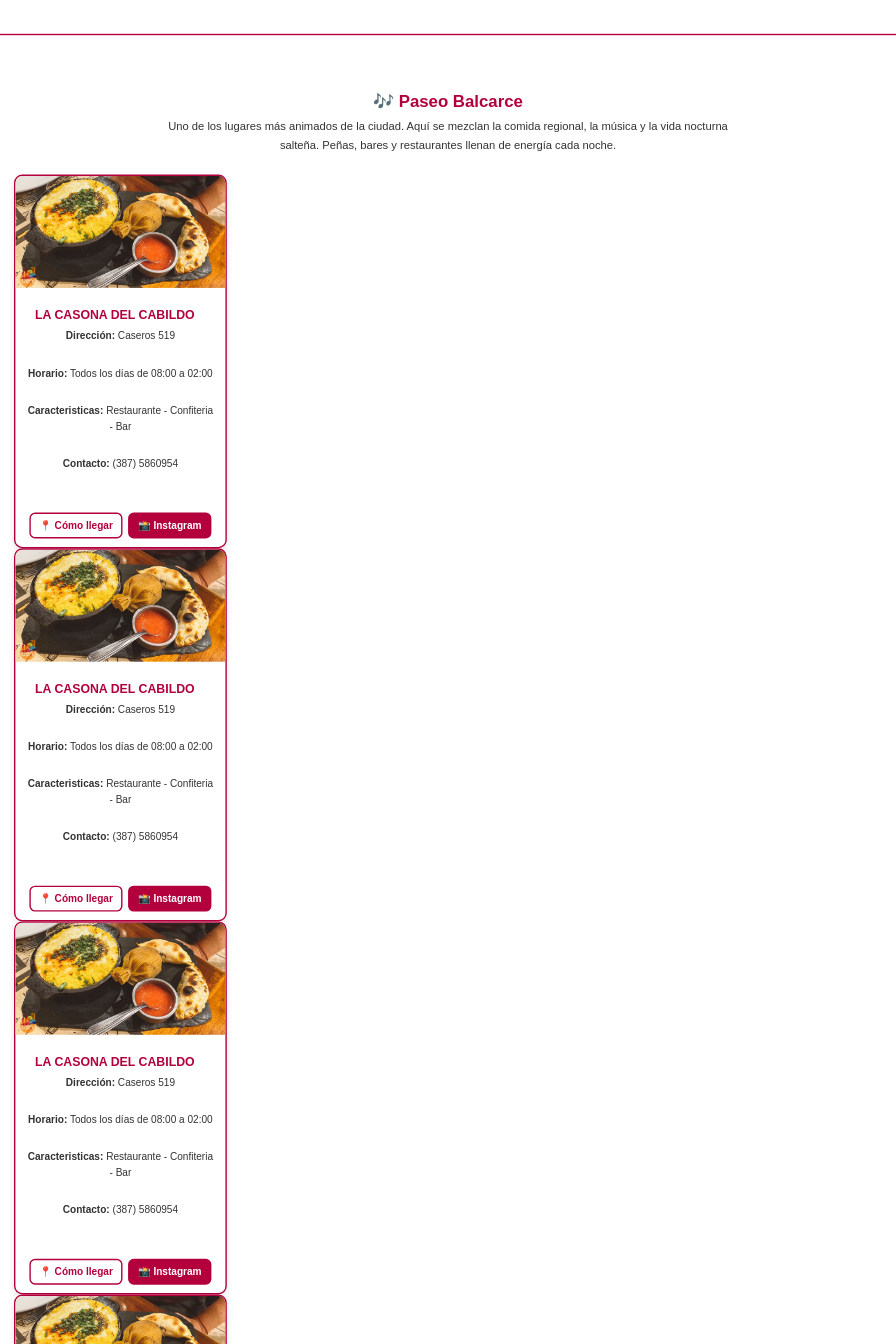
Repository: nahir95/come-en-salta
Page: restaurantes.html
These files come from the project's save history. The page is drawn as it stood at one moment and after the next save; the edit follows.
The browser window is 1280 px wide. The pictures show the part of the page from y = 2915 to 4835 px (the page is 8751 px tall before and 6758 px after), at 70% of full size.
Pictures or frames that could not be fetched are drawn as grey boxes.

Above is the page before, as saved 2025-11-12 02:50:59.

After the next save:
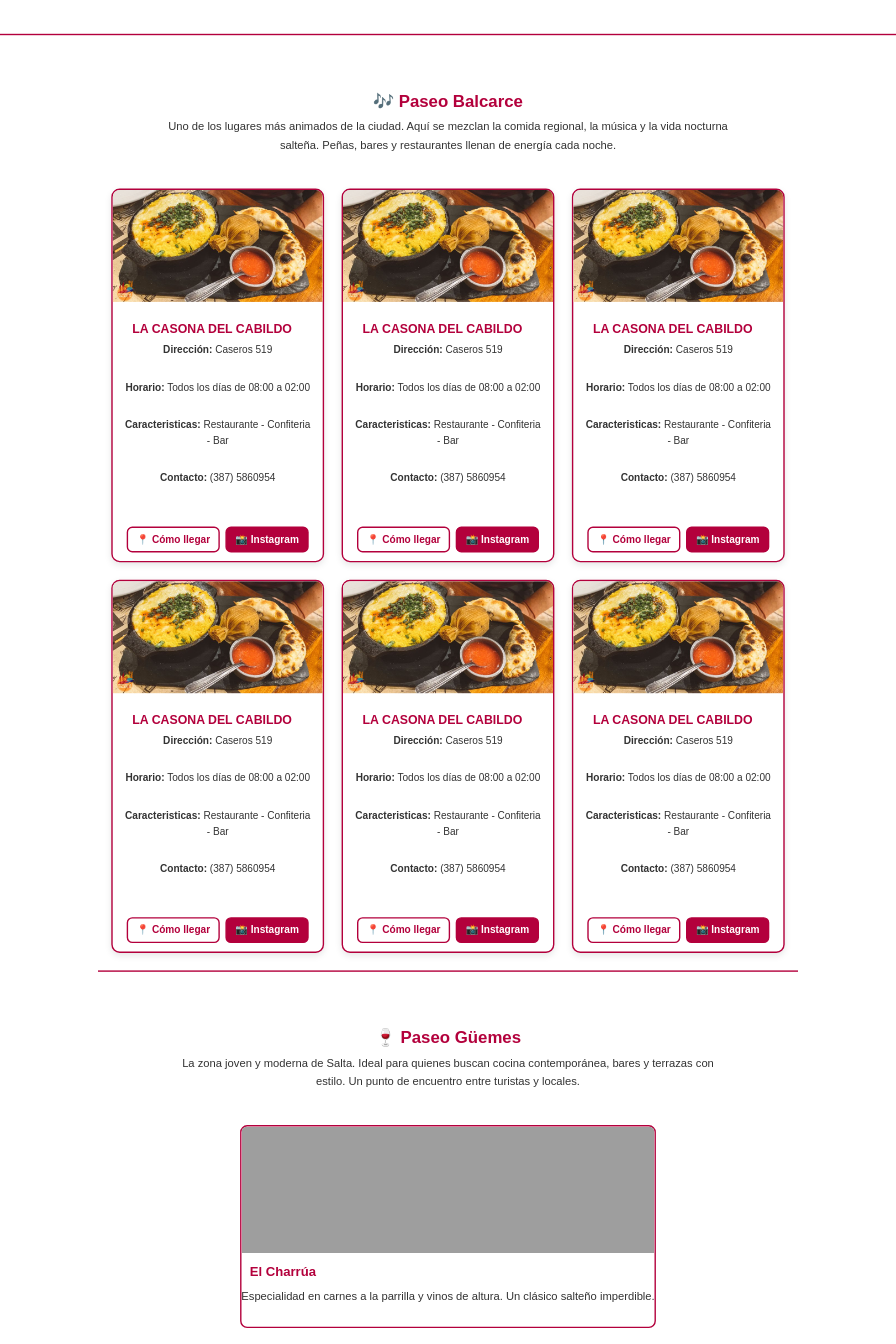
Saved 29 s later.
--- a/restaurantes.html
+++ b/restaurantes.html
@@ -233,6 +233,8 @@
     <section id="balcarce" class="zona">
       <h2>🎶 Paseo Balcarce</h2>
       <p>Uno de los lugares más animados de la ciudad. Aquí se mezclan la comida regional, la música y la vida nocturna salteña. Peñas, bares y restaurantes llenan de energía cada noche.</p>
+
+      <div class="zona-grid">
 
      <!-- Restaurante 12 -->
      <article class="card restaurante">
